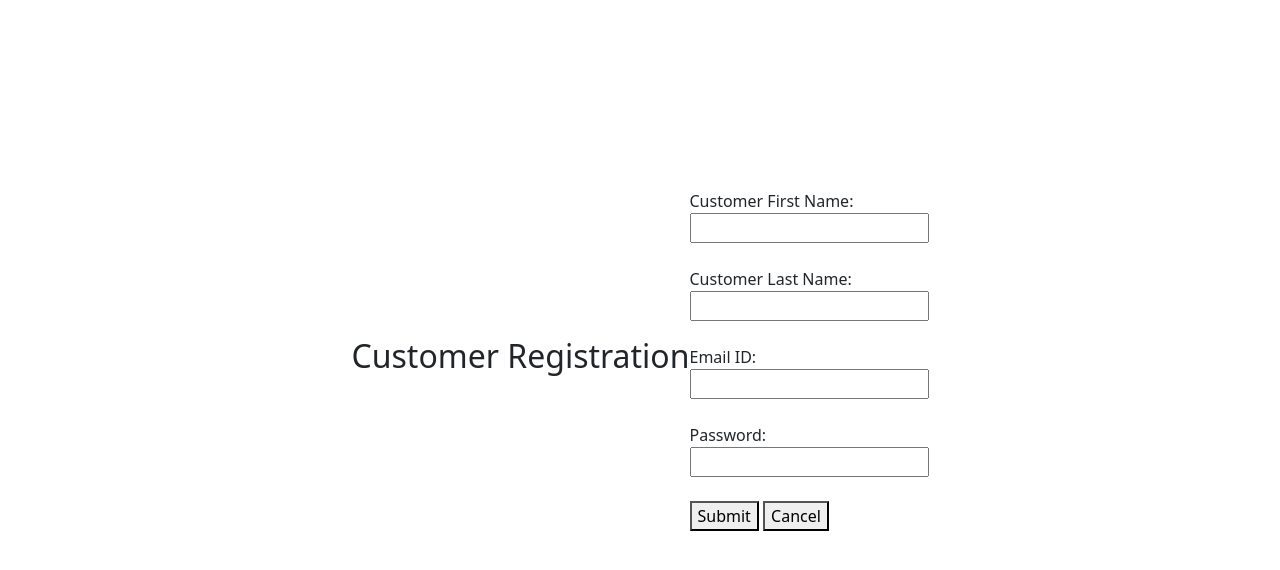
Repository: RMVLajaykumar/monojavaee
Page: http://localhost/13-bankapplication-demo/add-new-customer.jsp
An editor plug-in stored every save of this project. The page is shown before and after the next save, followed by the edit.
The browser window is 1280 px wide. The pictures show the whole page.
The page is served by Tomcat 9. Nobody is signed in. The application's start-up code is not run.

Above is the page before, as saved 2024-07-19 18:01:53.

After the next save:
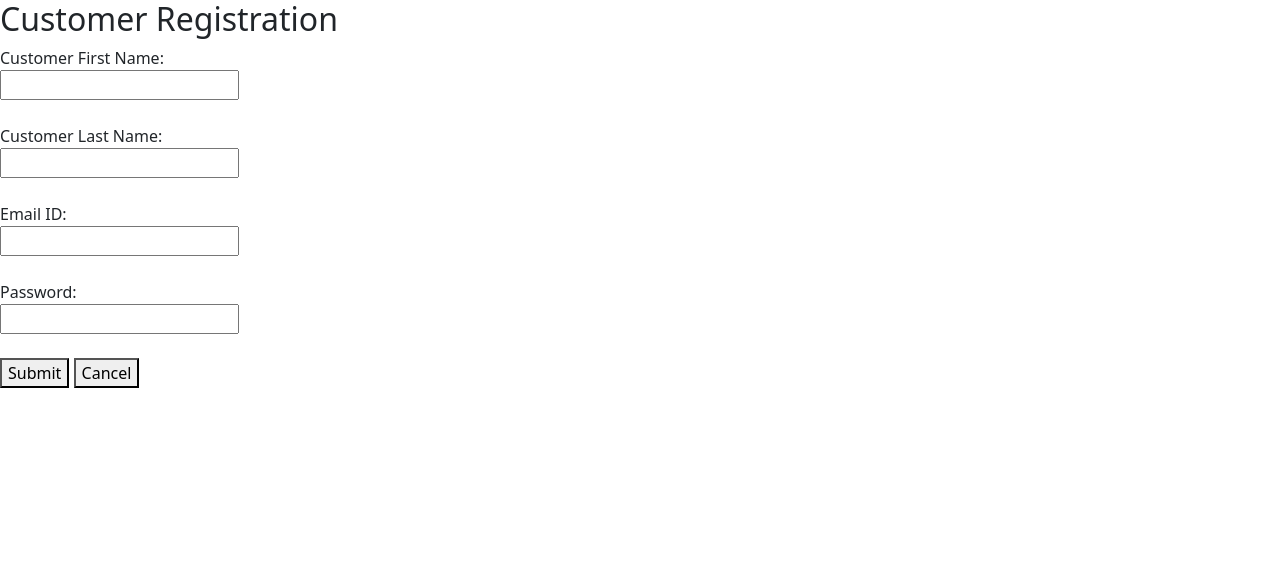
Saved 6 s later.
--- a/13-bankapplication-demo/WebContent/add-new-customer.jsp
+++ b/13-bankapplication-demo/WebContent/add-new-customer.jsp
@@ -17,7 +17,7 @@
 
 </head>
 <style>
-    body {
+    .body {
         display: flex;
         justify-content: center;
         align-items: center;
